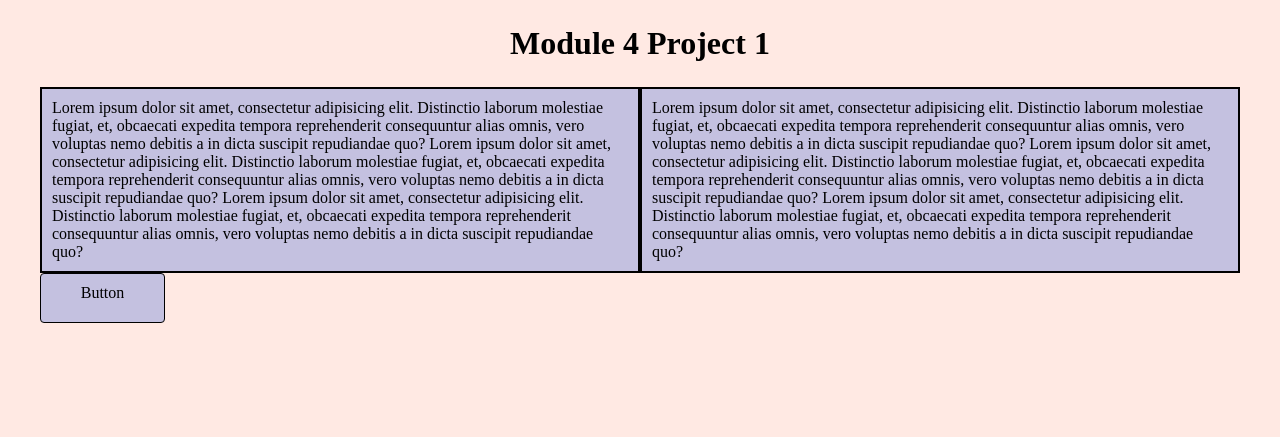
Repository: mlmEFSC21/P6-External-Style-Sheet
Page: index.html
The author's editor kept a copy of each file at every save. The page is drawn from the files as they stood at one save, then again after the next save.
The browser window is 1280 px wide. The pictures show the whole page.

Above is the page before, as saved 2022-02-09 20:57:44.

### index.html
<!DOCTYPE html>
<html lang="en">
    <head>
        <meta charset="UTF-8" />
        <meta http-equiv="X-UA-Compatible" content="IE=edge" />
        <meta name="viewport" content="width=device-width, initial-scale=1.0" />
        <link rel="stylesheet" href="Styles.css" />
        <title>External Style Sheets</title>
    </head>
    <header><h1>Module 4 Project 1</h1></header>
    <body>
        <div class="floatContainer">
            <div>
                <p class="p1">
                    Lorem ipsum dolor sit amet, consectetur adipisicing elit. Distinctio laborum
                    molestiae fugiat, et, obcaecati expedita tempora reprehenderit consequuntur
                    alias omnis, vero voluptas nemo debitis a in dicta suscipit repudiandae quo?
                    Lorem ipsum dolor sit amet, consectetur adipisicing elit. Distinctio laborum
                    molestiae fugiat, et, obcaecati expedita tempora reprehenderit consequuntur
                    alias omnis, vero voluptas nemo debitis a in dicta suscipit repudiandae quo?
                    Lorem ipsum dolor sit amet, consectetur adipisicing elit. Distinctio laborum
                    molestiae fugiat, et, obcaecati expedita tempora reprehenderit consequuntur
                    alias omnis, vero voluptas nemo debitis a in dicta suscipit repudiandae quo?
                </p>
            </div>
            <div>
                <p class="p2">
                    Lorem ipsum dolor sit amet, consectetur adipisicing elit. Distinctio laborum
                    molestiae fugiat, et, obcaecati expedita tempora reprehenderit consequuntur
                    alias omnis, vero voluptas nemo debitis a in dicta suscipit repudiandae quo?
                    Lorem ipsum dolor sit amet, consectetur adipisicing elit. Distinctio laborum
                    molestiae fugiat, et, obcaecati expedita tempora reprehenderit consequuntur
                    alias omnis, vero voluptas nemo debitis a in dicta suscipit repudiandae quo?
                    Lorem ipsum dolor sit amet, consectetur adipisicing elit. Distinctio laborum
                    molestiae fugiat, et, obcaecati expedita tempora reprehenderit consequuntur
                    alias omnis, vero voluptas nemo debitis a in dicta suscipit repudiandae quo?
                </p>
            </div>
        </div>
        <div class="button">Button</div>
    </body>
</html>

### Styles.css
:root {
    /* --clr-font: black; */
    --clr-background: #ffe9e3;
    --clr-buttonBG: #c4c1e0;
    --clr-buttonHover: #7c73e6;
}
*,
*::before,
*::after {
    margin: 0;
    padding: 0;
    box-sizing: border-box;
}
header {
    text-align: center;
}
body {
    background-color: var(--clr-background);
    color: black;
    margin: 10px 25px;
    padding: 15px;
}
div {
    margin-bottom: 25px;
}
p {
    padding: 10px;
    background-color: var(--clr-buttonBG);
}
.p1 {
    border: 2.5px solid black;
    float: left;
    width: 50%;
}
.p2 {
    border: 2.5px solid black;
    float: right;
    width: 50%;
}
.button {
    border: 1px solid black;
    border-radius: 4px;
    padding: 10px;
    width: 125px;
    height: 50px;
    background-color: var(--clr-buttonBG);
    color: var(--clr-button);
    text-align: center;
    vertical-align: middle;
    clear: both;
}
.button:hover {
    background-color: var(--clr-buttonHover);
    color: white;
}

After the next save:
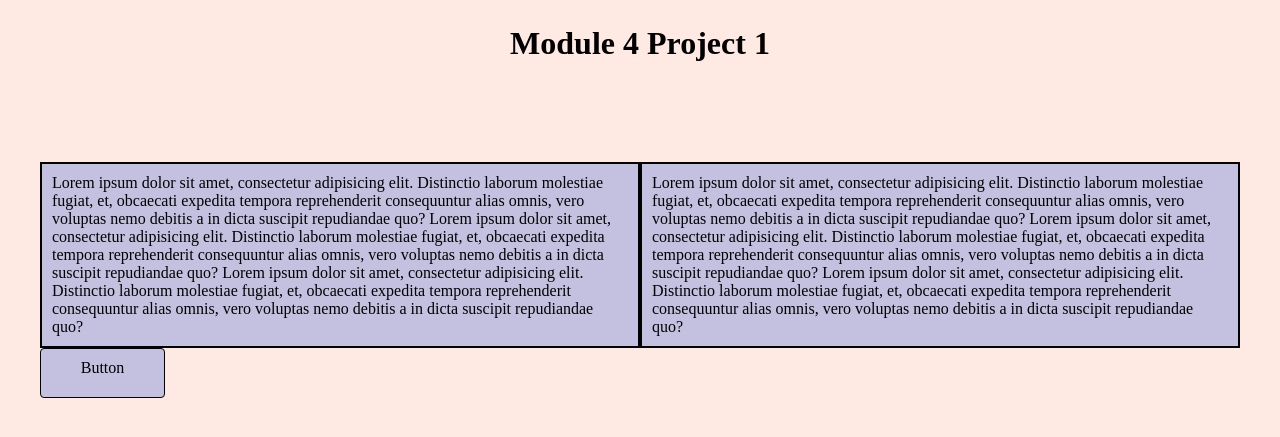
Saved 18 s later.
--- a/Styles.css
+++ b/Styles.css
@@ -21,7 +21,7 @@ body {
     padding: 15px;
 }
 div {
-    margin-bottom: 25px;
+    margin-bottom: 100px;
 }
 p {
     padding: 10px;
